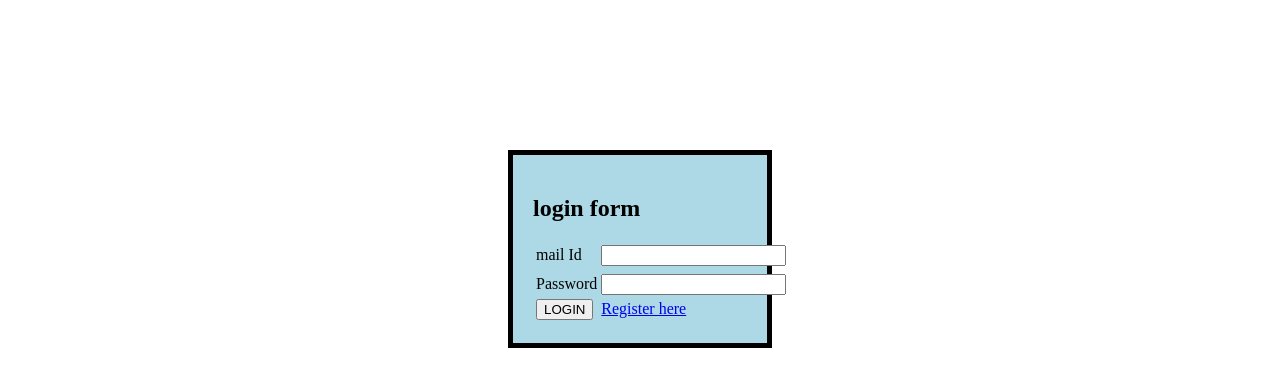
Repository: zeeshan495/Banking_project
Page: http://localhost/Banking/loginUrl
An editor plug-in stored every save of this project. The page is shown before and after the next save, followed by the edit.
The browser window is 1280 px wide. The pictures show the whole page.
The page is served by Tomcat 9.

Above is the page before, as saved 2018-11-09 05:53:30.

After the next save:
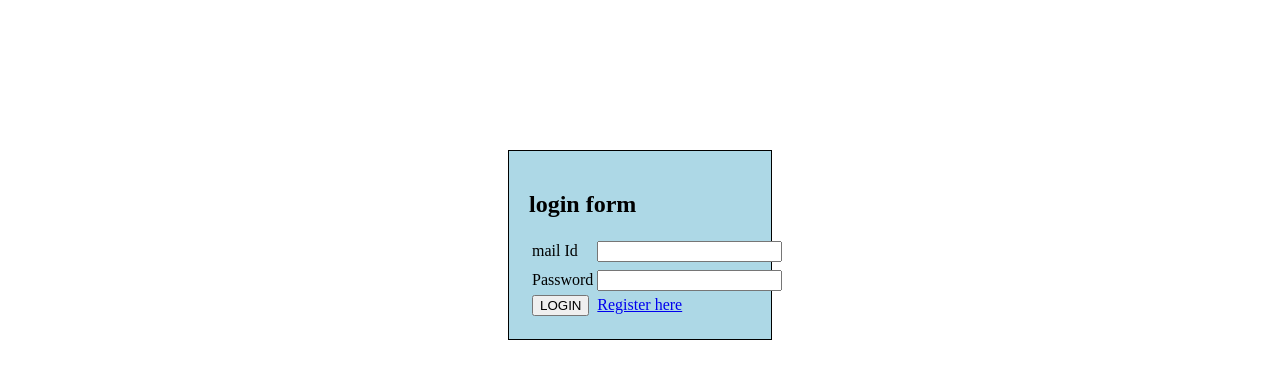
Saved 31 s later.
--- a/Banking/WebContent/login.css
+++ b/Banking/WebContent/login.css
@@ -5,5 +5,5 @@
 	border:1px solid black;
     padding:20px;
     background-color:lightblue;
-    border-width: thick;
+
 }
